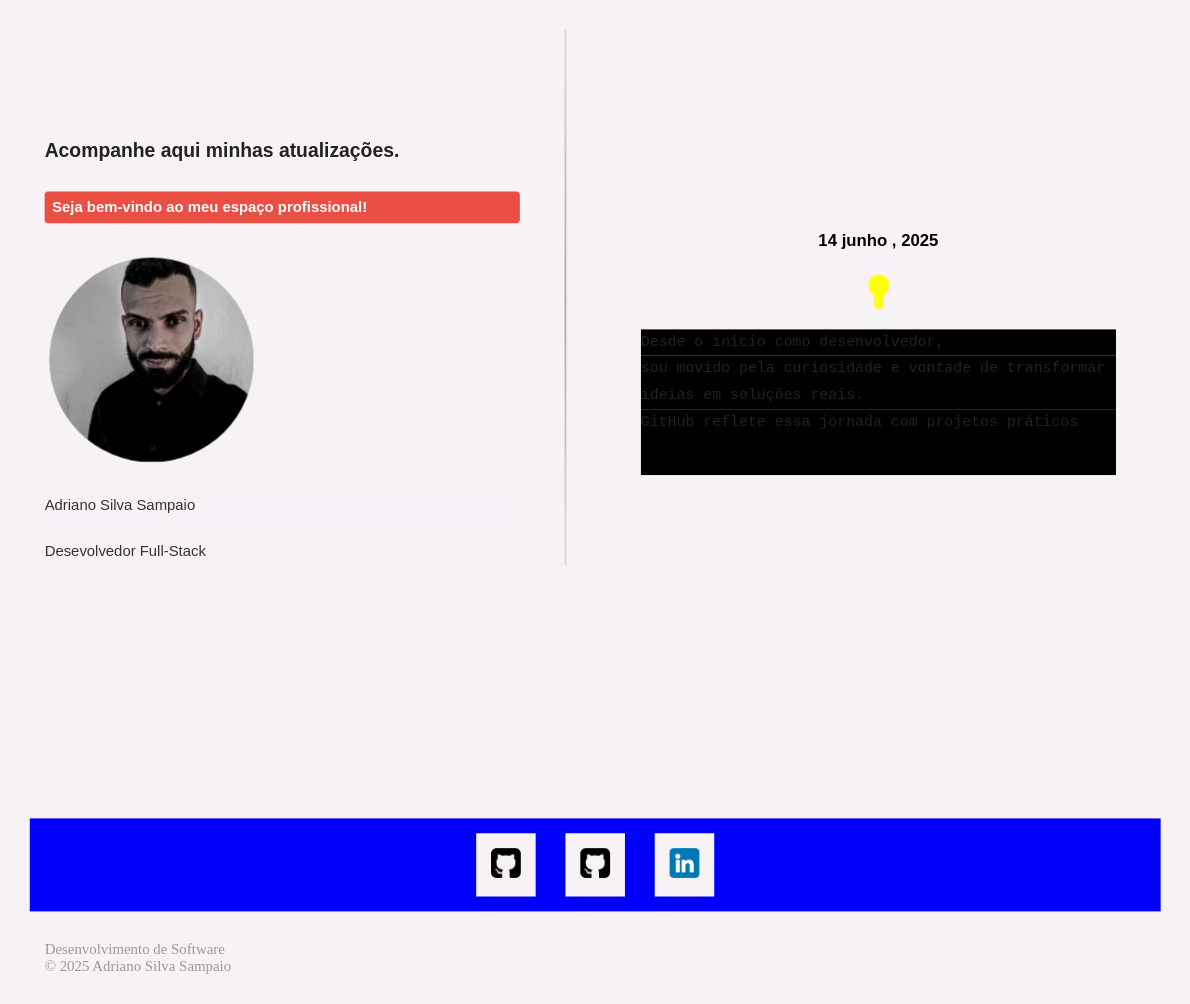
Repository: umdevadriano/portifolio2025
Page: /
These files come from the project's save history. The page is drawn as it stood at one moment and after the next save; the edit follows.
The browser window is 1280 px wide. The pictures show the whole page, at 93% of full size.
The project was rebuilt for these pictures with package versions that can differ from the ones it lists, and the page was loaded fresh each time. Also part of the build but not shown: vite.config.ts.

Above is the page before, as saved 2025-06-29 20:53:03.

### index.html
<!doctype html>
<html lang="en">
  <head>
    <meta charset="UTF-8" />
    <!-- <link rel="icon" type="image/svg+xml" href="/vite.svg" /> -->
    <meta name="viewport" content="width=device-width, initial-scale=1.0" />
    <title>Adriano Silva Sampaio </title>
  </head>
  <body>
    <div id="root"></div>
    <script type="module" src="/src/main.tsx"></script>
  </body>
</html>

### src/App.tsx
import './App.css'
import ContainerPrincipal from './componentes/containerPrincipal/ContainerPrincipal'
function App() {
  return (
    <>
      <ContainerPrincipal/>
    </>
  )
}

export default App

### src/componentes/containerPrincipal/ContainerPrincipal.tsx
import styled, { createGlobalStyle } from 'styled-components';
import Body from '../Body/Body';
import Footer from '../Footer/Footer';
import RedesSociais from '../redesSociais/redesSociais';
import github from '../redesSociais/github.png';
import linkedin from '../redesSociais/linkedin.png';
// import ProfessionalStory from '../ProfessionalStory/ProfessionalStory';

const data = new Date();
const ano = data.getFullYear();
function ContainerPrincipal() {

  const redes = [
    { src: github, link: 'https://github.com/adrianodisam' },
    { src: github, link: 'https://github.com/umdevadriano' },
    { src: linkedin, link: 'https://www.linkedin.com/in/adriano-silva-sampaio/' }
  ];
  const GlobalStyle = createGlobalStyle`
    *, *::before, *::after {
    box-sizing: border-box;
    background-color: #f7f2f6;
    margin: 1rem;
  }

    html, body {
      margin: 0;
      padding: 0;
      overflow-x: hidden;
      width: 100%;
    }
  `;

  const Principal = styled.div`
    display: flex;
    justify-content: center;
    width: 100%;
    height: 100vh;
    font-family: 'Arial', sans-serif;
    overflow: hidden;
    margin: 0;
    padding: 0;

    @media (max-width: 768px) {
      display: flex;
      flex-direction: column;
      justify-items: center;
      justify-content: center;
      align-items: center;
    }


  `;
  return (
    <>
      <GlobalStyle />
      <Principal>
        <Body/>
      </Principal>
      <RedesSociais redes={redes}/>
      {/* <ProfessionalStory/> */}
      <Footer>Desenvolvimento de Software<br />© {ano} Adriano Silva Sampaio</Footer>
    </>
  )
}
export default ContainerPrincipal

### src/componentes/Body/Body.tsx
import Principal from '../Principal/Principal';
import Title from '../Title/Title';
import Banner from '../Banner/Banner';
import ProfileWrapper from '../ProfileWrapper/ProfileWrapper';
import Profile from '../Profile/Profile';
import Role from '../Role/Role';
import Divider from '../Divider/Divider';
import RightSide from '../RightSide/RightSide';
import DateComponente from '../DateComponente/DateComponente';
import EmDesenvolvimento from '../EmDesenvolvimentoWrapper/EmDesenvolvimentoWrapper ';
import LampadaAnimada from '../LampadaAnimada/LampadaAnimada';
const data = new Date();
const dia = String(data.getDate()).padStart(2, '0');
const mes = data.toLocaleString('pt-BR', { month: 'long' });
const ano = data.getFullYear();

function Cabecalho() {
  return (
    <>
      <Principal>
        <Title>Acompanhe aqui minhas atualizações.</Title>
        <Banner>Seja bem-vindo ao meu espaço profissional!</Banner>
        <ProfileWrapper>
          <Profile/>
        </ProfileWrapper>
        <Role> Adriano Silva Sampaio</Role>
        <Role> Desevolvedor  Full-Stack </Role>
      </Principal>
      <Divider />
      <RightSide>
        <DateComponente>{dia}  {mes} , {ano} </DateComponente>
        <LampadaAnimada/>
        <EmDesenvolvimento/>
      </RightSide>
    </>
  )
}
export default Cabecalho

### src/componentes/Footer/Footer.tsx
import styled from 'styled-components';

type Props = {
  children: React.ReactNode;
};

function Footer({ children }: Props){

    const FooterP = styled.p`
        font-size: 1rem;
        color: #999;
        /* margin-top: auto; */
    `;
    const FooterDiv = styled.div`
       display: flex;
       justify-content: left;
       align-items: center;
    `;
    return (
        <>
            <FooterDiv>
                <FooterP>{children}</FooterP>
            </FooterDiv>
        </>
    )
}

export default Footer

### src/componentes/redesSociais/redesSociais.tsx
import styled from 'styled-components';

type RedeSocial = {
  src: string;
  link: string;
};

type Props = {
  redes: RedeSocial[];
};

const RedesSociaisDiv = styled.div`
  /* flex: 1; */
  display: flex;
  justify-content: center;
  align-items: center;
  margin-top:  9rem;
  background-color: blue;

  img {
    width: 2rem;
    height: 2rem;
    object-fit: contain;
    transition: transform 0.2s;
  }

  a:hover img {
    transform: scale(1.1);
  }
`;

function RedesSociais({ redes }: Props) {
  return (
    <RedesSociaisDiv>
      {redes.map((rede, index) => (
        <a
          key={index}
          href={rede.link}
          target="_blank"
          rel="noopener noreferrer"
        >
          <img src={rede.src} alt={`Ícone ${index + 1}`} />
        </a>
      ))}
    </RedesSociaisDiv>
  );
}

export default RedesSociais;

### src/componentes/Principal/Principal.tsx
import styled from 'styled-components';

type Props = {
  children: React.ReactNode;
};

function Principal({ children }: Props){

    const Principal_div = styled.div`
        flex: 1;
        display: flex;
        flex-direction: column;
        justify-content: center;
    `;
    return (
        <>
        <Principal_div>  {children}</Principal_div>
        </>
    )
}

export default Principal

### src/componentes/Title/Title.tsx
import styled from 'styled-components';

type Props = {
  children: React.ReactNode;
};

function Title({ children }: Props){

    const TitleH2 = styled.h2`
        font-size: 1.3rem;
        margin-bottom: 1rem;
        color: #222;

        @media (max-width: 768px) {
          margin-top: 5rem;
        }
  `;
    return (
        <>
        <TitleH2>{children}</TitleH2>
        </>
    )
}

export default Title

### src/componentes/Banner/Banner.tsx
import styled from 'styled-components';

type Props = {
  children: React.ReactNode;
};

function Banner({ children }: Props){

    const BannerDiv = styled.div`
        background-color: #eb4f44;
        color: white;
        padding: 0.5rem;
        font-weight: bold;
        font-size: 16px;
        display: inline-block;
        border-radius: 4px;
    `;
    return (
        <>
        <BannerDiv>{children}</BannerDiv>
        </>
    )
}

export default Banner

### src/componentes/ProfileWrapper/ProfileWrapper.tsx
import styled from 'styled-components';

type Props = {
  children: React.ReactNode;
};

function ProfileWrapper({ children }: Props){

  // Wrapper da imagem com efeito de borda girando
  const ProfileWrapperDiv = styled.div`
    position: relative;
    width: 230px;
    height: 230px;
    display: flex;
    align-items: center;
    margin-top:1rem;
    justify-content: center;
  `;

    return (
        <>
        <ProfileWrapperDiv>{children}</ProfileWrapperDiv>
        </>
    )
}

export default ProfileWrapper

### src/componentes/Profile/Profile.tsx
import styled from 'styled-components';
import foto from '../assets/foto2.png'

function Profile(){

    const ProfileImg = styled.img`
        width: 220px;
        height: 220px;
        border-radius: 50%;
        object-fit: cover;
        background-color: white;
        z-index: 1;
        filter: grayscale(60%) contrast(110%);
        @media (max-width: 768px) {
            width: 200px;
            height: 200px;
        }
        @media (max-width: 480px) {
            width: 200px;
            height: 200px;
        }
    `;
    return (
        <>
        <ProfileImg src={foto} alt="Foto de perfil"></ProfileImg>
        </>
    )
}

export default Profile

### src/componentes/Role/Role.tsx
import styled from 'styled-components';

type Props = {
  children: React.ReactNode;
};

function Role({ children }: Props){
    const RoleP = styled.p`
        font-size: 16px;
        font-weight: 500;
        color: #333;
    `;
    return (
        <>
        <RoleP>{children}</RoleP>
        </>
    )
}
export default Role

### src/componentes/Divider/Divider.tsx
import styled from 'styled-components';

function Divider(){

    const DividerDiv = styled.div`
        width: 2px;
        height: 80%;
        background: linear-gradient(
            to bottom,
            rgba(0, 0, 0, 0.1),
            rgba(0, 0, 0, 0.3),
            rgba(0, 0, 0, 0.1)
        );
        border-radius: 1px;
        position: relative;
        overflow: hidden;
        &::after {
            content: "";
            position: absolute;
            top: 0;
            left: 0;
            width: 100%;
            height: 100%;
            background: linear-gradient(
                to bottom,
                transparent 40%,
                rgba(255, 255, 255, 0.7) 50%,
                transparent 60%
            );
                animation: shine 3.8s linear infinite;
                pointer-events: none;
         }

        @keyframes shine {
            0% {
            transform: translateY(-100%);
            }
            100% {
            transform: translateY(100%);
            }
        }
    `;
    return (
        <>
        <DividerDiv></DividerDiv>
        </>
    )
}

export default Divider

### src/componentes/RightSide/RightSide.tsx
import styled from 'styled-components';
type Props = {
  children: React.ReactNode;
};

function RightSide({ children }: Props){
    const RightSideDiv = styled.div`
        flex: 1;
        padding: 2rem;
        display: flex;
        flex-direction: column;
        justify-content: center;
        align-items: center;
    `;

    return (
        <>
        <RightSideDiv>{children}</RightSideDiv>
        </>
    )
}

export default RightSide

### src/componentes/DateComponente/DateComponente.tsx
import styled from 'styled-components';
type Props = {
  children: React.ReactNode;
};
function Date({ children }: Props){
    const DateP = styled.p`
        font-size: 18px;
        font-weight: bold;
        margin-bottom: 12px;
        padding: 0.5rem;
    `;
    return (
        <>
        <DateP>{children}</DateP>
        </>
    )
}
export default Date

### src/componentes/EmDesenvolvimentoWrapper/EmDesenvolvimentoWrapper .tsx
import  { useEffect, useState } from 'react';
import styled from 'styled-components';

const texto = `Desde o início como desenvolvedor,
 sou movido pela curiosidade e vontade de transformar ideias em soluções reais.
Meu GitHub reflete essa jornada com projetos práticos e focados em evolução contínua.
`;

const linhas = texto.split('\n').map(l => l.trim());

const Container = styled.div`
  /* background: #f4f4f4; */
  /* padding: 24px; */
    /* max-width: 90%;
    height: 100%; */
    position: relative;
    display: flex;
    flex-direction: column;
  /* margin: 40px auto; */
  border-radius: 12px;
  font-family: 'Courier New', Courier, monospace;
  font-size: 1rem;
  color: #222;
  line-height: 1.8;
`;

const Linha = styled.p`
  margin: 0;
  /* padding: 1rem; */
  background-color: black;
  /* margin-bottom: 2rem; */
`;

const Cursor = styled.span`
  display: inline-block;
  width: 1ch;
  border-right: 2px solid #333;
  animation: blink 0.8s steps(1) infinite;

  @keyframes blink {
    50% {
      border-color: transparent;
    }
  }
`;

export default function EmDesenvolvimento() {
  const [linhasDigitadas, setLinhasDigitadas] = useState<string[]>([]);
  const [linhaAtual, setLinhaAtual] = useState(0);
  const [palavrasDigitadas, setPalavrasDigitadas] = useState<string[]>([]);

  useEffect(() => {
    if (linhaAtual >= linhas.length) return;

    const palavras = linhas[linhaAtual].split(' ');
    let index = 0;

    const intervalo = setInterval(() => {
      setPalavrasDigitadas((prev) => [...prev, palavras[index]]);
      index++;

      if (index >= palavras.length) {
        clearInterval(intervalo);
        setTimeout(() => {
          setLinhasDigitadas((prev) => [...prev, palavras.join(' ')]);
          setPalavrasDigitadas([]);
          setLinhaAtual((prev) => prev + 1);
        }, 600); // pausa entre as linhas
      }
    }, 180); // tempo entre cada palavra

    return () => clearInterval(intervalo);
  }, [linhaAtual]);

  return (
    <Container>
      {linhasDigitadas.map((linha, i) => (
        <Linha key={i}>{linha}</Linha>
      ))}

      {linhaAtual < linhas.length && (
        <Linha>
          {palavrasDigitadas.join(' ')} <Cursor />
        </Linha>
      )}
    </Container>
  );
}

### src/componentes/LampadaAnimada/LampadaAnimada.tsx
import React from "react";
import styled, { keyframes } from "styled-components";

interface LuzProps {
  className?: string;
}

const glowAnimation = keyframes`
  0%, 100% {
    filter: url(#glow);
    opacity: 0.5;
  }
  50% {
    filter: url(#glow);
    opacity: 1;
  }
`;

const SvgLamp = styled.svg`
  width: 3rem;
  height: 3rem;
  cursor: pointer;
  display: block;
  margin: 0 auto;
  animation: ${glowAnimation} 4s ease-in-out infinite;
  background-color: #f7f2f6;

  .st0 {
   fill:#ffff00;
     stroke-width: 10;
  }
  .st1 {
     stroke: #ffff00;
    stroke-width: 10;
    fill: none;
    transition: stroke 0.3s ease;
  }
`;

const LampadaAnimada: React.FC<LuzProps> = ({ className }) => {
  return (
    <SvgLamp
      xmlns="http://www.w3.org/2000/svg"
      viewBox="0 0 1920 1920"
      className={className}
    >
      <defs>
        <filter id="glow" height="200%" width="200%" x="-50%" y="-50%">
          <feDropShadow
            dx="0"
            dy="0"
            stdDeviation="20"
            floodColor="#f7f2f6"
            floodOpacity="0.7"
          />
        </filter>
      </defs>

      <path
        className="st0"
        d="M1407.3 664.2c0 73.7-17.8 143.3-49.4 204.6-31.6 61.3-76.9 114.4-131.9 155.1 0 0-78 193.7-78 344.1H772.1c0-75.2-19.5-161.2-39-228.4-19.5-67.2-39-115.6-39-115.6-110-81.5-181.4-212.3-181.4-359.7C512.7 417.3 713 217 960 217s447.3 200.2 447.3 447.2z"
      />
      <path
        className="st0"
        d="M1057.3 1615.8v23.7c0 35-28.6 63.6-63.6 63.6h-67.5c-35 0-63.6-28.6-63.6-63.6v-23.7h194.7zm-285.2-82.6v82.6h375.4v-82.6H772.1zm0-82.6v82.6h375.3v-82.6H772.1zM960 1368H772.1v82.6h375.3V1368H960z"
      />
      <g>
        <g>
          <path
            className="st1"
            d="M1147.5 1368h.4c0-150.3 78-344.1 78-344.1 55-40.7 100.4-93.8 131.9-155.1 31.6-61.3 49.4-130.9 49.4-204.6 0-247-200.3-447.3-447.3-447.3S512.7 417.2 512.7 664.2c0 147.4 71.3 278.2 181.4 359.7 0 0 19.5 48.4 39 115.6 19.5 67.2 39 153.2 39 228.4h375.4z"
          />
          <path className="st1" d="M772.1 1368v247.8h375.4V1368" />
          <path className="st1" d="M772.1 1450.6h375.4" />
          <path className="st1" d="M772.1 1533.2h375.4" />
          <path
            className="st1"
            d="M862.7 1615.8v23.7c0 35 28.6 63.6 63.6 63.6h67.5c35 0 63.6-28.6 63.6-63.6v-23.7"
          />
          <path className="st1" d="M267.3 722.8h96" />
          <path className="st1" d="M498.3 1052.8l-160.5 160.5" />
          <path className="st1" d="M448.8 341.8L315.3 208.2" />
          <path className="st1" d="M1652.7 722.8h-96" />
          <path className="st1" d="M1421.7 1052.8l160.5 160.5" />
          <path className="st1" d="M1471.2 341.8l133.5-133.6" />
        </g>
      </g>
    </SvgLamp>
  );
};

export default LampadaAnimada;

Loaded but not shown: src/main.tsx (common file); src/App.css (no stored copy; drawn as an empty file); src/index.css (no stored copy; drawn as an empty file)

After the next save:
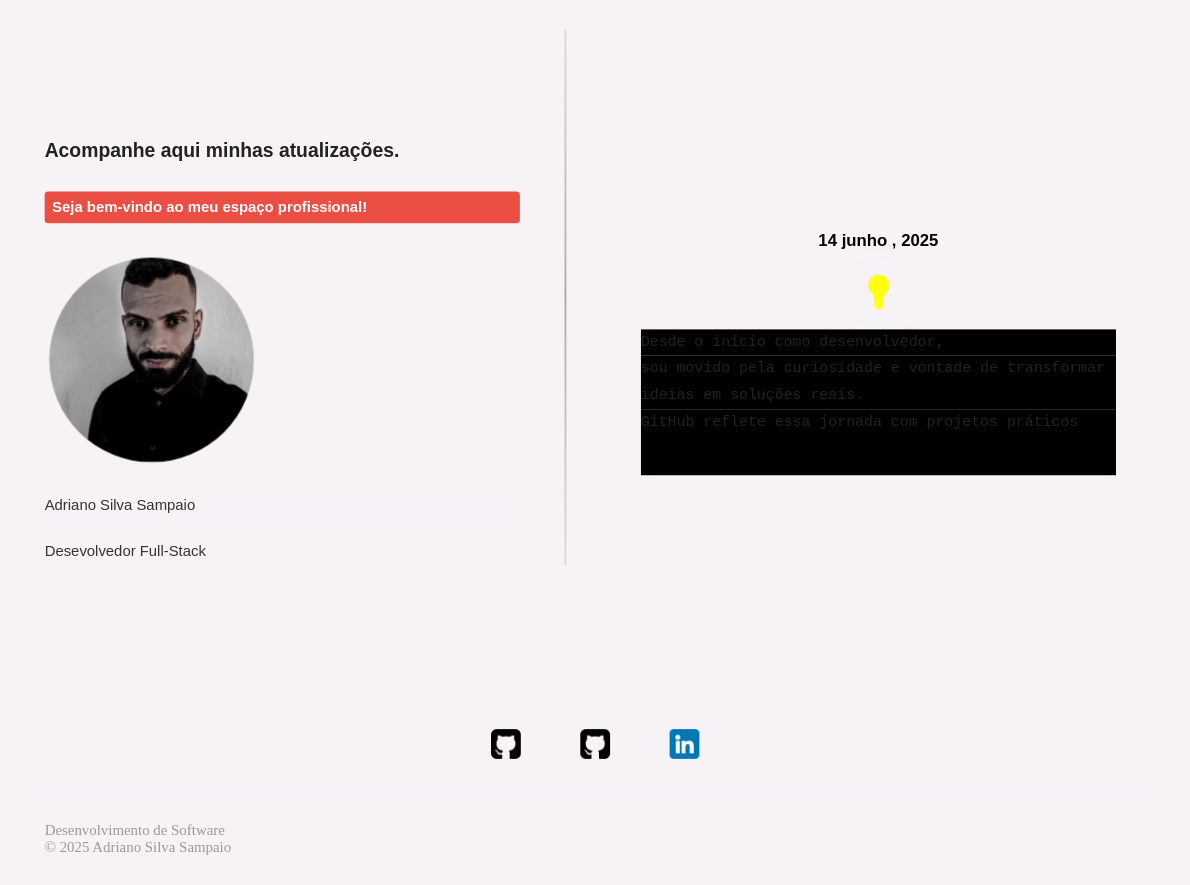
Saved 38 s later.
--- a/src/componentes/redesSociais/redesSociais.tsx
+++ b/src/componentes/redesSociais/redesSociais.tsx
@@ -10,12 +10,10 @@ type Props = {
 };
 
 const RedesSociaisDiv = styled.div`
-  /* flex: 1; */
+  flex: 1;
   display: flex;
   justify-content: center;
   align-items: center;
-  margin-top:  9rem;
-  background-color: blue;
 
   img {
     width: 2rem;
